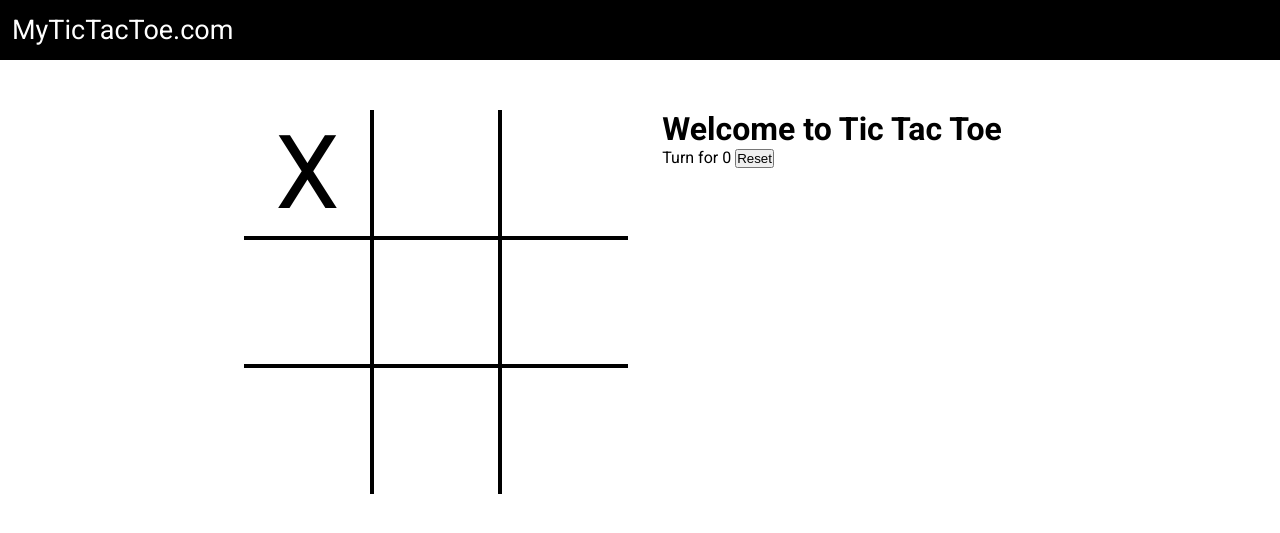
Repository: AshwinUgale/TicTacToe
Page: index.html
An editor plug-in stored every save of this project. The page is shown before and after the next save, followed by the edit.
The browser window is 1280 px wide. The pictures show the whole page.
After loading, the first visible `div.box` was clicked once.

Above is the page before, as saved 2024-12-19 12:38:40.

### index.html
<!DOCTYPE html>
<html lang="en">
<head>
  <meta charset="UTF-8">
  <meta name="viewport" content="width=device-width, initial-scale=1.0">
  <title>Tic Tac Toe</title>
  <link rel="stylesheet" href="style.css">
</head>
<body>
    <nav>
      <ul>
        <li>MyTicTacToe.com</li>
      </ul>
    </nav>
    <div class="gameContainer">
      <div class="container">
        <div class="box bt-0 bl-0 "><span class="boxtext"></span></div>
        <div class="box bt-0"><span class="boxtext"></span></div>
        <div class="box bt-0 br-0"><span class="boxtext"></span></div>
        <div class="box bl-0"><span class="boxtext"></span></div>
        <div class="box"><span class="boxtext"></span></div>
        <div class="box br-0"><span class="boxtext"></span></div>
        <div class="box bl-0 bb-0"><span class="boxtext"></span></div>
        <div class="box bb-0"><span class="boxtext"></span></div>
        <div class="box bb-0 br-0"><span class="boxtext"></span></div>
      </div>
      <div class="gameInfo">
        <h1>Welcome to Tic Tac Toe</h1>
        <div>
          <span class="info">Turn for X</span>
          <button id="reset">Reset</button>
        </div>
        <div class="imgbox">
          <img src="excited.gif" alt="" srcset="">
        </div>
      </div>
    </div>
    <script src="script.js"></script>
</body>
</html>
<link rel="stylesheet"

### style.css
@import url('https://fonts.googleapis.com/css2?family=Roboto:ital,wght@0,100;0,300;0,400;0,500;0,700;0,900;1,100;1,300;1,400;1,500;1,700;1,900&display=swap');

*{
    margin: 0;
    padding: 0;
}

nav {
    background-color: black;
    color: white;
    height: 60px;
    font-size: 27px;
    display: flex;
    align-items: center;
    padding: 0 12px;
    font-family: "Roboto", serif;
}

nav ul{
    list-style-type: none;
}

.gameContainer{
    display: flex;
    justify-content: center;
    margin-top: 50px;
}

.container{
    display: grid;
    grid-template-rows: repeat(3,10vw);
    grid-template-columns: repeat(3,10vw);
    font-family:"Roboto", serif;
}

.box{
    border: 2px solid black;
    font-size: 8vw;
    cursor: pointer;
    display: flex;
    justify-content: center;
    align-items: center;
}

.box:hover{
    background-color: rgb(243, 236, 250);
}

.gameInfo{
    padding: 0 34px;
    font-family:"Roboto", serif;
}

.imgbox img{
    display: none;
}

.br-0{
    border-right: 0;
}

.bl-0{
    border-left: 0;
}

.bt-0{
    border-top: 0;
}

.bb-0{
    border-bottom: 0;
}

### script.js
let music = new Audio("music.mp3")
let audioTurn = new Audio("ting.mp3")
let audioGameover = new Audio("gameover.mp3")
let turn = "X"
let gameover = false

const changeTurn=()=>{
    return turn ==="X"?"0":"X"
}

const checkWin = ()=>{
    let boxtext = document.getElementsByClassName('boxtext');
    let wins = [
        [0,1,2],
        [3,4,5],
        [6,7,8],
        [0,3,6],
        [1,4,7],
        [2,5,8],
        [0,4,8],
        [2,4,6],
    ]
    wins.forEach(e=>{
        if((boxtext[e[0]].innerText === boxtext[e[1]].innerText)&&(boxtext[e[2]].innerText === boxtext[e[1]].innerText)&&boxtext[e[0]].innerText!==" "){
            document.querySelector('.info').innerText=boxtext[e[0]].innerText+" Won"
        }
    })

}

let boxes = document.getElementsByClassName("box")
Array.from(boxes).forEach(element=>{
    let boxtext = element.querySelector('.boxtext');
    element.addEventListener('click',()=>{
        if(boxtext.innerText === ''){
            boxtext.innerText = turn;
            turn = changeTurn();
            audioTurn.play();
            checkWin();
            document.getElementsByClassName("info")[0].innerText = "Turn for "+turn;
        }
    })
})

After the next save:
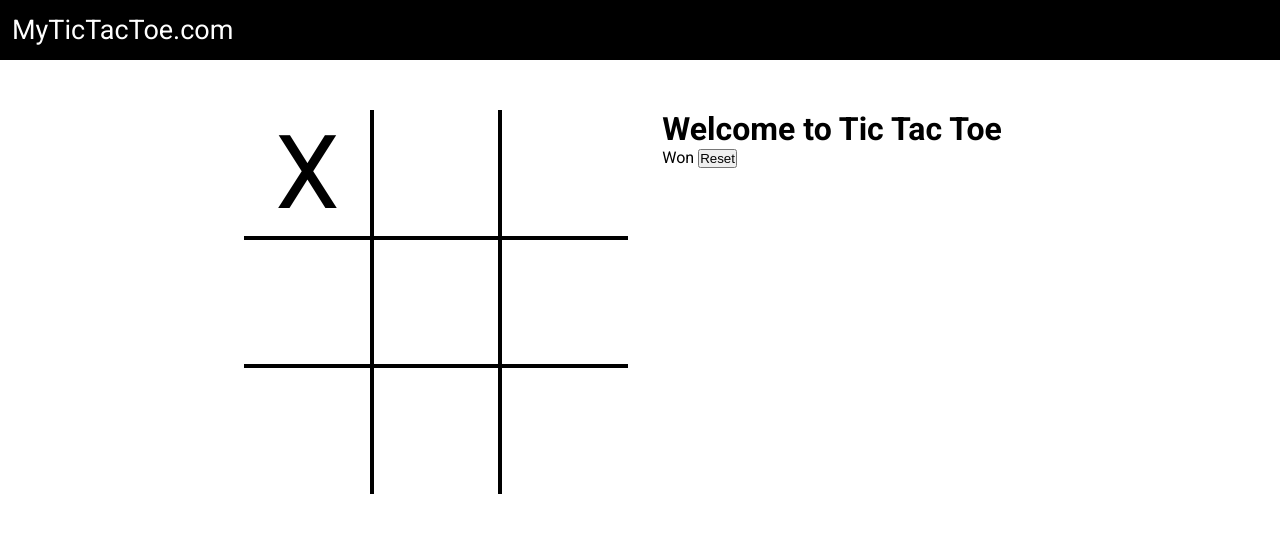
Saved 52 s later.
--- a/script.js
+++ b/script.js
@@ -23,7 +23,9 @@ const checkWin = ()=>{
     wins.forEach(e=>{
         if((boxtext[e[0]].innerText === boxtext[e[1]].innerText)&&(boxtext[e[2]].innerText === boxtext[e[1]].innerText)&&boxtext[e[0]].innerText!==" "){
             document.querySelector('.info').innerText=boxtext[e[0]].innerText+" Won"
+            gameover = true;
         }
+
     })
 
 }
@@ -37,7 +39,10 @@ Array.from(boxes).forEach(element=>{
             turn = changeTurn();
             audioTurn.play();
             checkWin();
-            document.getElementsByClassName("info")[0].innerText = "Turn for "+turn;
+            if(!gameover){
+                document.getElementsByClassName("info")[0].innerText = "Turn for "+turn;
+            }
+
         }
     })
 })
